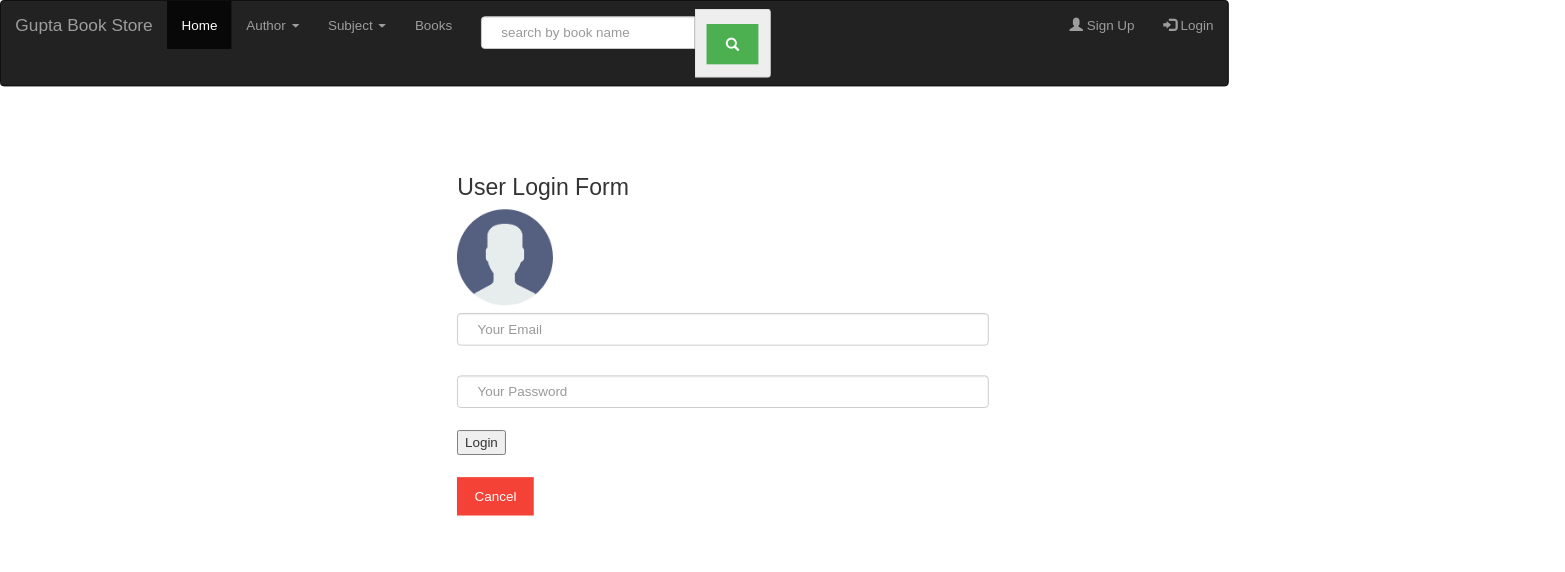
Repository: GuptaBook/NewGuptaBookStore
Page: http://localhost/NewGuptaBookStore/views/emp/LoginPage.jsp
The author's editor kept a copy of each file at every save. The page is drawn from the files as they stood at one save, then again after the next save.
The browser window is 1280 px wide. The page is 1630 px wide, so the pictures cover 1630 px, including what lies to the right of the window. The pictures show the whole page, at 96% of full size.
Some web libraries are served in a nearby version. The page is served by Tomcat 9.

Above is the page before, as saved 2018-10-24 12:01:11.
Console error (its wording comes from the project's code and is left out).

After the next save:
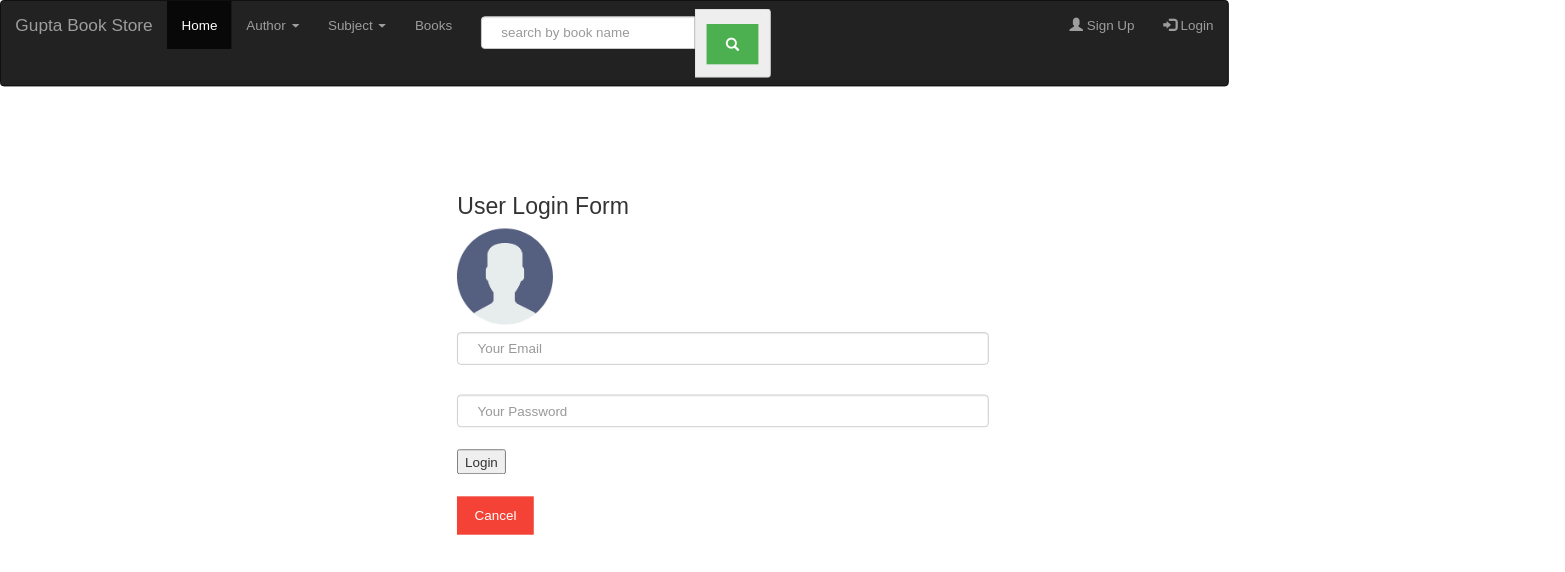
Saved 72 s later.
--- a/NewGuptaBookStore/WebContent/views/emp/LoginPage.jsp
+++ b/NewGuptaBookStore/WebContent/views/emp/LoginPage.jsp
@@ -132,7 +132,7 @@ span.psw {
     }
 }
 </style>
-<body><div class="container">
+<body><div class="container"><h3 align="center" style="color:red">${error}</h3>
 <div class="row">
 <div class="col-md-4"></div>
 <div class="col-md-4">
